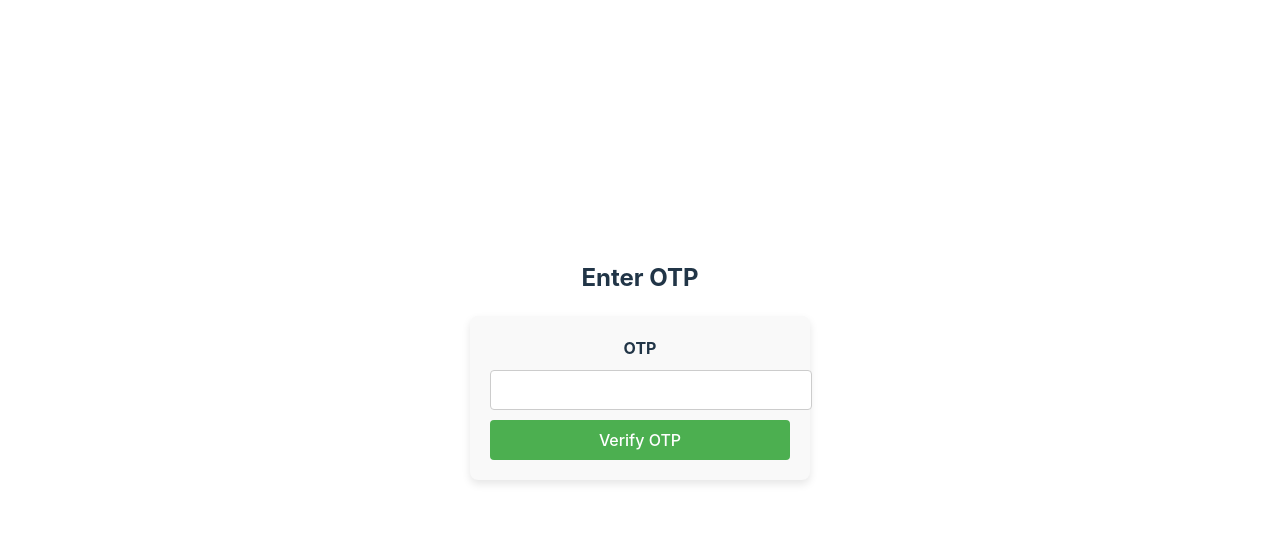
Repository: sarathraj2002/MockTest
Page: /check (app in Frontend/)
These files come from the project's save history. The page is drawn as it stood at one moment and after a run of saves; the edit follows.
The browser window is 1280 px wide. The pictures show the whole page.
The project was rebuilt for these pictures with package versions that can differ from the ones it lists, and the page was loaded fresh each time. Also part of the build but not shown: Frontend/vite.config.js, Frontend/src/components/Otp.jsx, Frontend/src/components/Home.jsx.

Above is the page before, as saved 2024-11-13 17:13:47.

### Frontend/index.html
<!doctype html>
<html lang="en">
  <head>
    <meta charset="UTF-8" />
    <link rel="icon" type="image/svg+xml" href="/vite.svg" />
    <meta name="viewport" content="width=device-width, initial-scale=1.0" />
    <title>MockTest</title>
  </head>
  <body>
    <div id="root"></div>
    <script type="module" src="/src/main.jsx"></script>
  </body>
</html>

### Frontend/src/main.jsx
import { StrictMode } from 'react'
import { createRoot } from 'react-dom/client'
import App from './App.jsx'
import './index.css'
import { BrowserRouter } from 'react-router-dom'


createRoot(document.getElementById('root')).render(
  <StrictMode>
     <BrowserRouter>
    <App />
    </BrowserRouter>
  </StrictMode>,
)

### Frontend/src/App.jsx
import { useState } from 'react'
import './App.css'
import Otp from './components/Otp'
import { Home } from './components/Home'
import { Route,Routes,useNavigate } from 'react-router-dom'
import Mail from './components/Mail'

function App() {
  const [email, setEmail] = useState('');
  const navigate = useNavigate();
  const handleEmailSubmit=(email)=>{
    setEmail(email);
    navigate('/check');
  }


  return (
    <>
    <Routes>
      <Route path='/' element={<Otp onEmailSubmit={handleEmailSubmit}/>}></Route>
      <Route path='/check' element={<Mail/>}></Route>
      <Route path='/home' element={<Home/>}></Route>
    </Routes>
    </>
  )
}

export default App

### Frontend/src/components/Mail.jsx
import React, { useState } from 'react';
import axios from 'axios';
import { useNavigate } from 'react-router-dom';

function OTPForm({ email, onOTPVerify }) {
  const [otp, setOtp] = useState('');
  const [errorMessage, setErrorMessage] = useState('');
  const navigate = useNavigate();

  const handleSubmit = async (e) => {
    e.preventDefault();

    try {
      const response = await axios.post('http://localhost:5000/api/verify-otp', {
        otp
      });
      const data = response.data;

      if (data.valid) {
        navigate('/home');
      } else {
        setErrorMessage(data.message || 'Invalid OTP. Please try again.');
      }
    } catch (error) {
      console.error('Error verifying OTP:', error);
      setErrorMessage('An error occurred while verifying OTP.');
    }
  };

  const formStyle = {
    width: '300px',
    margin: '0 auto',
    padding: '20px',
    backgroundColor: '#f9f9f9',
    borderRadius: '8px',
    boxShadow: '0 4px 8px rgba(0, 0, 0, 0.1)',
  };

  const inputStyle = {
    width: '100%',
    padding: '10px',
    margin: '10px 0',
    borderRadius: '4px',
    border: '1px solid #ccc',
    fontSize: '16px',
  };

  const buttonStyle = {
    width: '100%',
    padding: '10px',
    backgroundColor: '#4CAF50',
    color: 'white',
    fontSize: '16px',
    border: 'none',
    borderRadius: '4px',
    cursor: 'pointer',
  };

  const buttonHoverStyle = {
    backgroundColor: '#45a049',
  };

  const errorMessageStyle = {
    color: 'red',
    marginTop: '10px',
    textAlign: 'center',
  };

  return (
    <div style={{ padding: '50px 20px', textAlign: 'center' }}>
      <h2 style={{ marginBottom: '20px' }}>Enter OTP</h2>
      <form onSubmit={handleSubmit} style={formStyle}>
        <label style={{ fontSize: '16px', fontWeight: 'bold', marginBottom: '10px' }}>OTP</label>
        <input
          type="text"
          value={otp}
          onChange={(e) => setOtp(e.target.value)}
          required
          maxLength="4"
          style={inputStyle}
        />
        <button type="submit" style={buttonStyle} onMouseEnter={(e) => e.target.style.backgroundColor = buttonHoverStyle.backgroundColor} onMouseLeave={(e) => e.target.style.backgroundColor = buttonStyle.backgroundColor}>
          Verify OTP
        </button>
      </form>
      {errorMessage && <p style={errorMessageStyle}>{errorMessage}</p>}
    </div>
  );
}

export default OTPForm;

Loaded but not shown: Frontend/src/index.css (common file); Frontend/src/App.css (common file)

After the next 2 saves:
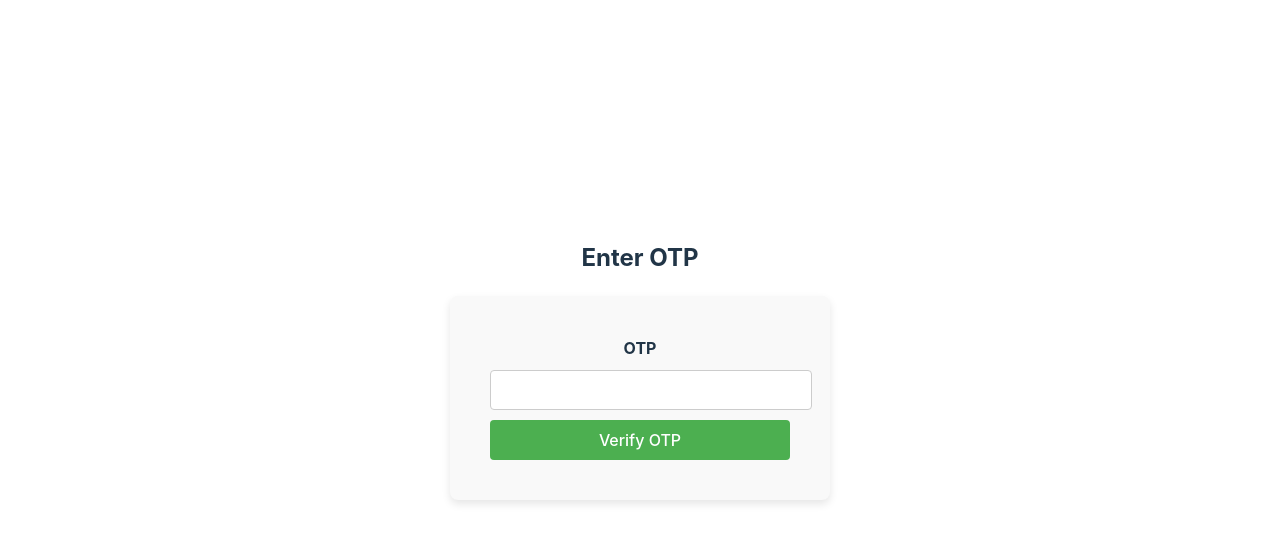
The 2 saves are shown as one change because they came seconds apart.
The last was saved 15 s later.
--- a/Frontend/src/components/Mail.jsx
+++ b/Frontend/src/components/Mail.jsx
@@ -30,7 +30,7 @@ function OTPForm({ email, onOTPVerify }) {
   const formStyle = {
     width: '300px',
     margin: '0 auto',
-    padding: '20px',
+    padding: '40px',
     backgroundColor: '#f9f9f9',
     borderRadius: '8px',
     boxShadow: '0 4px 8px rgba(0, 0, 0, 0.1)',
